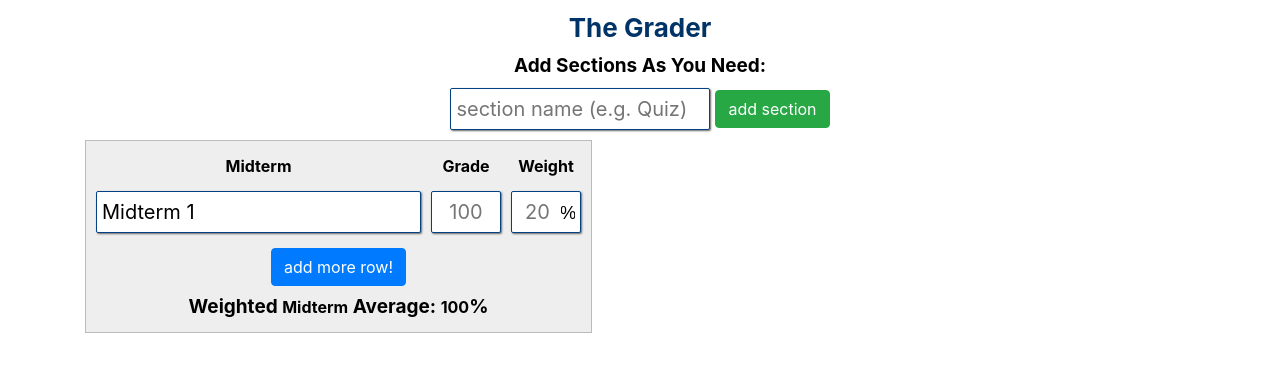
Repository: BarishNamazov/BarishNamazov.github.io
Page: thegrader/index.html
The author's editor kept a copy of each file at every save. The page is drawn from the files as they stood at one save, then again after the next save.
The browser window is 1280 px wide. The pictures show the whole page.

Above is the page before, as saved 2020-10-31 17:43:57.

After the next save:
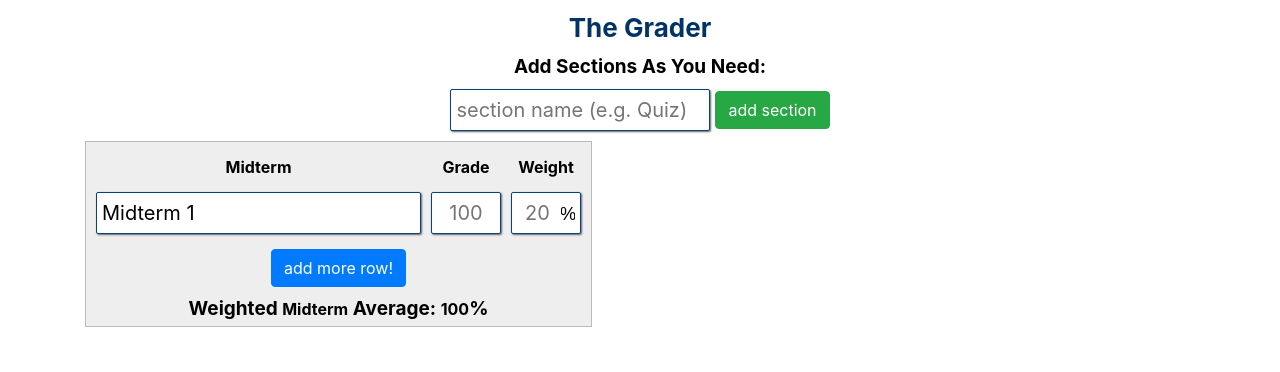
Saved 20 s later.
--- a/thegrader/app.css
+++ b/thegrader/app.css
@@ -62,3 +62,6 @@ select {
 .rowAdder{
   margin: 10px auto;
 }
+h3{
+  display: inline;
+}
